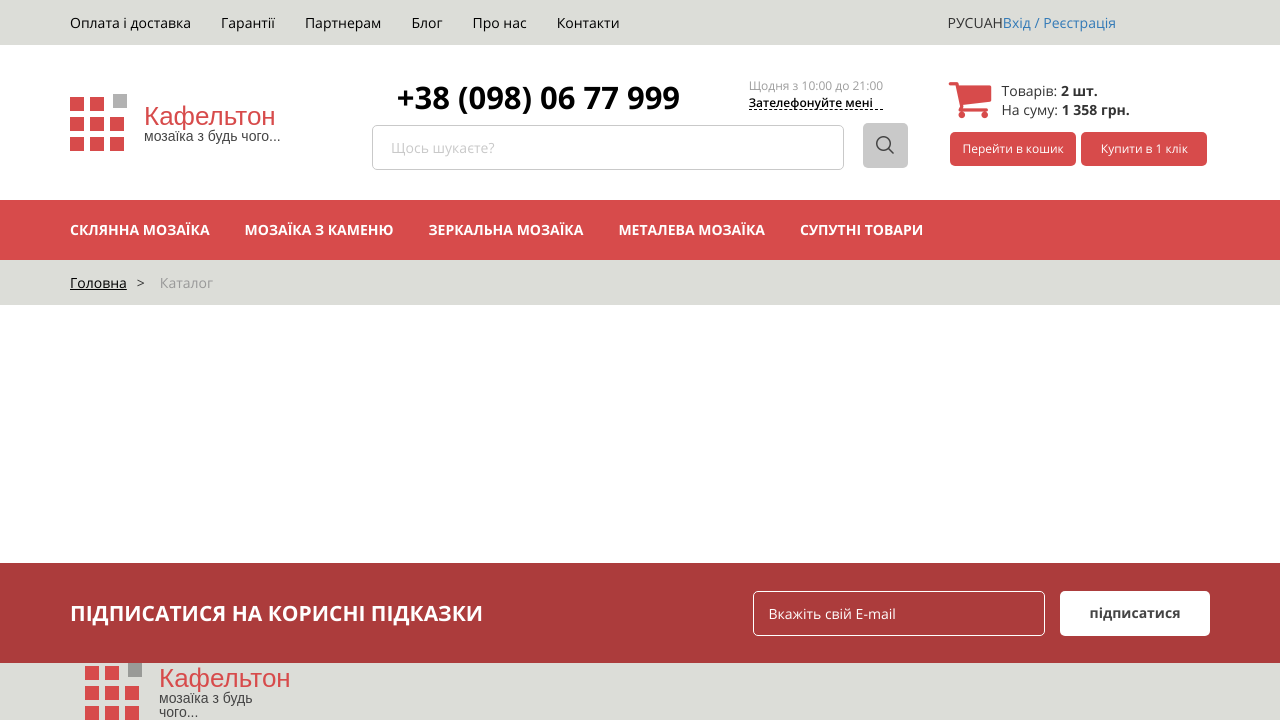
Repository: zellenka/mozaika
Page: app/index.html
The author's editor kept a copy of each file at every save. The page is drawn from the files as they stood at one save, then again after the next save.
The browser window is 1280 px wide. The pictures show the whole page.
Some web fonts or font styles are not loaded; a fallback is used. The style sheet was rebuilt from its Sass, Less or Tailwind sources for each picture, by a compiler version that may differ from the author's.

Above is the page before, as saved 2018-07-13 16:07:55.
Console error (its wording comes from the project's code and is left out).

After the next save:
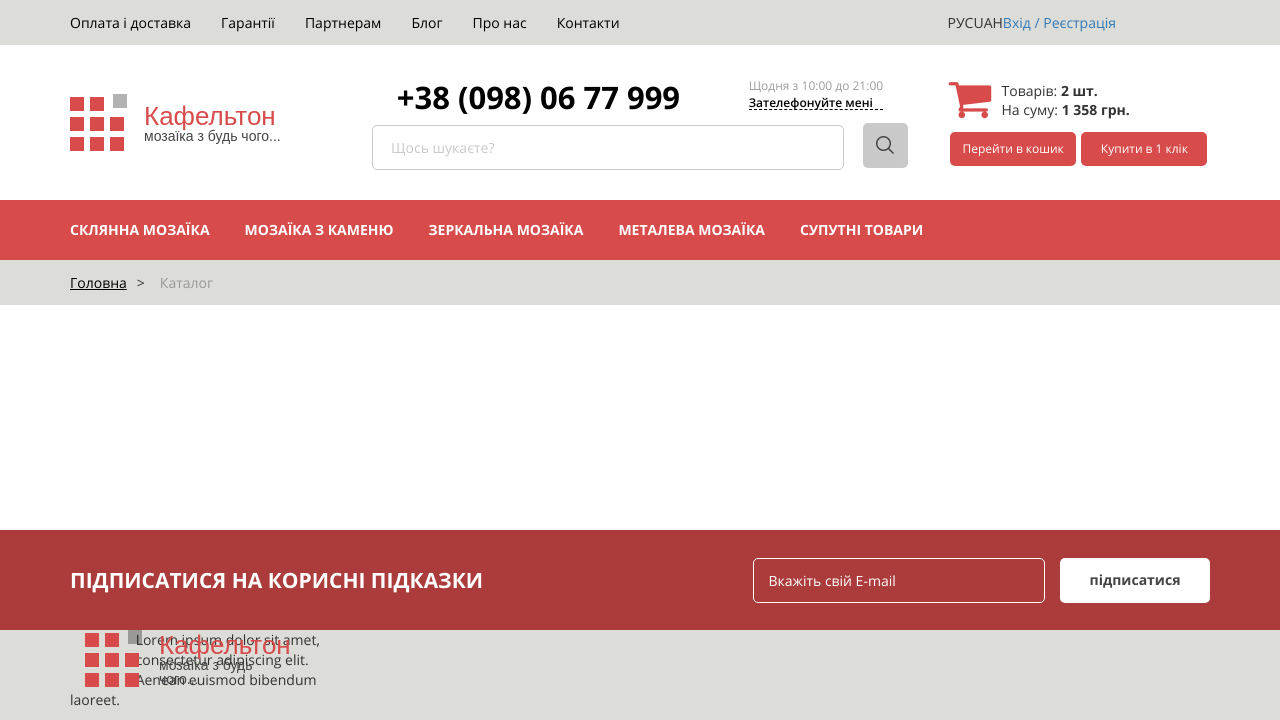
Saved 34 s later.
--- a/app/index.html
+++ b/app/index.html
@@ -132,7 +132,10 @@
 										<p class="header__middle-logo-text">Кафельтон</p>
 										<p class="header__middle-logo-slogan">мозаїка з будь чого...</p>
 								</div>
-							</a>
+						</a>
+						<p>Lorem ipsum dolor sit amet,
+								consectetur adipiscing elit. Aenean
+								euismod bibendum laoreet.</p>
 				</div>
 				<div class="col-md-3"></div>
 				<div class="col-md-3"></div>
